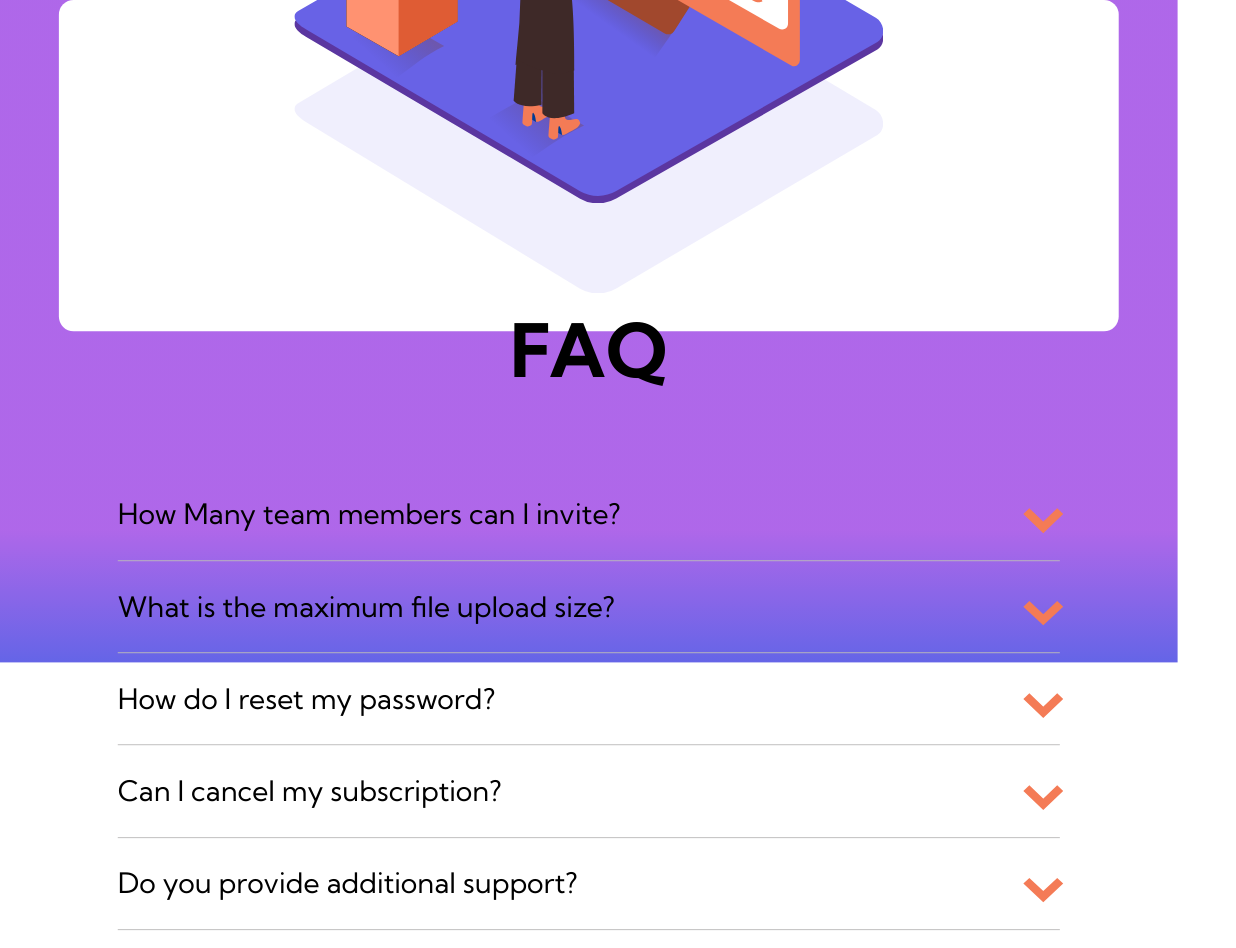
Repository: ryanwilll/ProjetoFAQ
Page: index.html
The author's editor kept a copy of each file at every save. The page is drawn from the files as they stood at one save, then again after the next save.
The browser window is 1280 px wide. The page is 1280 px wide, then 1344 px, so the pictures cover 1344 px, including what lies to the right of the window. The pictures show the whole page, at 92% of full size.

Above is the page before, as saved 2022-10-26 20:01:41.

### index.html
<!DOCTYPE html>
<html lang="pt-br">

<head>
  <meta charset="UTF-8">
  <meta name="viewport" content="width=device-width, initial-scale=1.0">
  <!-- displays site properly based on user's device -->
  <link rel="preconnect" href="https://fonts.googleapis.com">
  <link rel="preconnect" href="https://fonts.gstatic.com" crossorigin>
  <link rel="preconnect" href="https://fonts.googleapis.com">
  <link rel="preconnect" href="https://fonts.gstatic.com" crossorigin>
  <link href="https://fonts.googleapis.com/css2?family=Kumbh+Sans:wght@400;700&display=swap" rel="stylesheet">
  <link rel="icon" type="image/png" sizes="32x32" href="./images/favicon-32x32.png">
  <link rel="stylesheet" href="./css/style.css">
  <link rel="stylesheet" href="./css/allmedia.css">
  <title>Frontend Mentor | FAQ Accordion Card</title>

  <!-- Feel free to remove these styles or customise in your own stylesheet 👍 -->
</head>

<body>

  <main class="container">
    <div class="card-white">
      <div class="imgs">
        <img class="img-principal" src="./images/illustration-woman-online-mobile.svg" alt="Ilustração Mobile">
        <img class="sombra-img-principal" src="./images/bg-pattern-mobile.svg" alt="Sombreamento da Imagem">
      </div>
      <h1 class="FAQ">FAQ</h1>
      <div class="faq-menu">

        <div class="text">
          <button class="button-answer">
            <div class="question"> How Many team members can I invite?<img class="seta"
                src="./images/icon-arrow-down.svg" alt="Seta para baixo"></div>

          </button>
          <p class="answer"> You can invite up to 2 additional users on the Free plan. There is no limit on team
            members
            for the Premium
            plan.</p>
        </div>
        <div class="text">
          <button class="button-answer">
            <div class="question"> What is the maximum file upload size?<img class="seta"
                src="./images/icon-arrow-down.svg" alt="Seta para baixo"></div>

          </button>
          <p class="answer"> No more than 2GB. All files in your account must fit your allotted storage space.</p>
        </div>
        <div class="text">
          <button class="button-answer">
            <div class="question"> How do I reset my password?<img class="seta" src="./images/icon-arrow-down.svg"
                alt="Seta para baixo"></div>

          </button>
          <p class="answer"> Click “Forgot password” from the login page or “Change password” from your profile page.
            A reset link will be emailed to you.</p>
        </div>
        <div class="text">
          <button class="button-answer">
            <div class="question"> Can I cancel my subscription?<img class="seta" src="./images/icon-arrow-down.svg"
                alt="Seta para baixo"></div>

          </button>
          <p class="answer"> Yes! Send us a message and we’ll process your request no questions asked.</p>
        </div>
        <div class="text">
          <button class="button-answer">
            <div class="question"> Do you provide additional support?<img class="seta"
                src="./images/icon-arrow-down.svg" alt="Seta para baixo"></div>

          </button>
          <p class="answer"> You can invite up to 2 additional users on the Free plan. There is no limit on team
            members
            for the Premium
            plan.</p>
        </div>
      </div>

    </div>
  </main>
  <script src="./src/index.js"></script>
</body>

</html>

### css/style.css
@charset "UTF-8";

/*Versão Mobile First*/
* {
  font-family: "Kumbh Sans", sans-serif;
  margin: 0px;
  padding: 0px;
  box-sizing: border-box;
}

body {
  background: linear-gradient(hsl(273, 75%, 66%) 80%, hsl(240, 73%, 65%));
  background: linear-gradient(hsl(273, 75%, 66%) 80%, hsl(240, 73%, 65%));
  background-repeat: no-repeat;
  position: relative;
  height: 100vh;
  width: 100vw;
}

.card-white {
  background-color: white;
  width: 90vw;
  max-height: 100vh;
  margin: 10em auto;
  border-radius: 1em;
  padding-bottom: 5em;
}

.card-white .imgs {
  position: relative;
  width: 50vw;
  margin: auto;
  top: -5.5em;
  z-index: 1;
}

.card-white .imgs .sombra-img-principal {
  position: relative;
  width: 50vw;
  margin: auto;
  top: -4.5em;
  z-index: -1;
}
.card-white .FAQ {
  font-size: 2.5em;
  text-align: center;
  font-weight: 600;
  margin: -3em 0em 1em;
}

.card-white button {
  border-style: none;
  text-align: left;
  background-color: transparent;
  transition: color ease-in-out 0.2s;
  justify-content: space-between;
  width: 70%;
}
.card-white button img {
  position: relative;
  right: 4em;
  float: right;
  bottom: -0.4em;
}

.card-white button:hover {
  color: orange;
}

.card-white .faq-menu .text .question {
  width: 90vw;
  margin: 1em 0em;
}

.card-white .answer {
  visibility: hidden;
  height: 0;
  transition: height 0.5s ease;
}
.card-white .faq-menu .text {
  border-bottom: 1px solid rgb(187, 186, 186);
  width: 80vw;
  margin: auto;
}

.card-white .faq-menu .text.active .question {
  font-weight: bold;
}

.card-white .faq-menu .text.active .answer {
  visibility: visible;
  height: 2.4em;
  margin: 0.5em 0em;
  width: 75vw;
  font-size: 0.7em;
  margin-bottom: 2em;
  animation: fade 1s ease-in-out;
}

.card-white .faq-menu .text.active .seta {
  transform: rotate(180deg);
}
.seta {
  transition: transform 0.5s ease-in;
}

@keyframes fade {
  from {
    opacity: 0;
    transform: translateY(-10px);
  }
  to {
    opacity: 1;
    transform: translateY(0px);
  }
}

### css/allmedia.css
@media screen and (min-width: 600px) and (max-width: 768px) {
  body {
    background: linear-gradient(hsl(273, 75%, 66%) 80%, hsl(240, 73%, 65%));
    background: linear-gradient(hsl(273, 75%, 66%) 80%, hsl(240, 73%, 65%));
    background-repeat: no-repeat;
    position: relative;
    height: 100%;
    width: 100%;
  }
  .card-white {
    max-height: 100%;
    margin: 13em auto;
    border-radius: 1em;
    padding-bottom: 5em;
  }
  .card-white .imgs {
    top: -10.5em;
  }

  .card-white .imgs .sombra-img-principal {
    top: -7.5em;
  }
  .card-white .FAQ {
    font-size: 3.5em;
    margin: -5em 0em 1em;
  }
  .card-white button img {
    width: 1.5em;
    height: 1em;
  }
  .card-white .faq-menu .text .question {
    font-size: 2em;
  }
  .card-white .faq-menu .text.active .answer {
    font-size: 1.5em;
  }
}

@media screen and (min-width: 769px) and (max-width: 992px) {
  body {
    background: linear-gradient(hsl(273, 75%, 66%) 80%, hsl(240, 73%, 65%));
    background: linear-gradient(hsl(273, 75%, 66%) 80%, hsl(240, 73%, 65%));
    background-repeat: no-repeat;
    position: relative;
    height: 100%;
    width: 100%;
  }
  .card-white {
    max-height: 100%;
    margin: 15em auto;
    border-radius: 1em;
    padding-bottom: 5em;
  }
  .card-white .imgs {
    top: -13.5em;
  }

  .card-white .imgs .sombra-img-principal {
    top: -9.5em;
  }
  .card-white .FAQ {
    font-size: 4em;
    margin: -5em 0em 1em;
  }
  .card-white button img {
    width: 1.5em;
    height: 1em;
  }
  .card-white .faq-menu .text .question {
    font-size: 2em;
  }
  .card-white .faq-menu .text.active .answer {
    font-size: 1.5em;
  }
}

@media screen and (min-width: 993px) and (max-width: 1200px) {
  body {
    background: linear-gradient(hsl(273, 75%, 66%) 80%, hsl(240, 73%, 65%));
    background: linear-gradient(hsl(273, 75%, 66%) 80%, hsl(240, 73%, 65%));
    background-repeat: no-repeat;
    position: relative;
    height: 100%;
    width: 100%;
  }
  .card-white {
    max-height: 100%;
    margin: 15em auto;
    border-radius: 1em;
    padding-bottom: 5em;
  }
  .card-white .imgs {
    top: -16.5em;
  }

  .card-white .imgs .sombra-img-principal {
    top: -11.5em;
  }
  .card-white .FAQ {
    font-size: 5em;
    margin: -5.5em 0em 1em;
  }
  .card-white button img {
    width: 1.5em;
    height: 1em;
  }
  .card-white .faq-menu .text .question {
    font-size: 2.3em;
  }
  .card-white .faq-menu .text.active .answer {
    font-size: 1.7em;
  }
}

@media screen and (min-width: 1201px) {
  body {
    background: linear-gradient(hsl(273, 75%, 66%) 80%, hsl(240, 73%, 65%));
    background: linear-gradient(hsl(273, 75%, 66%) 80%, hsl(240, 73%, 65%));
    background-repeat: no-repeat;
    position: relative;
    height: 100vh;
    width: 100vw;
  }
  .card-white {
    max-height: 50vh;
    max-width: 90vw;

    margin: auto;
  }
  .card-white .imgs {
    top: -16.5em;
  }

  .card-white .imgs .sombra-img-principal {
    top: -11.5em;
  }
  .card-white .FAQ {
    font-size: 5em;
    margin: -5.5em 0em 1em;
  }
  .card-white button img {
    width: 1.5em;
    height: 1em;
  }
  .card-white .faq-menu .text .question {
    font-size: 2.3em;
  }
  .card-white .faq-menu .text.active .answer {
    font-size: 1.7em;
  }
}

### src/index.js
const faqs = document.querySelectorAll(".text");

faqs.forEach((faq) => {
  faq.addEventListener("click", () => {
    faq.classList.toggle("active");
  });
});

After the next save:
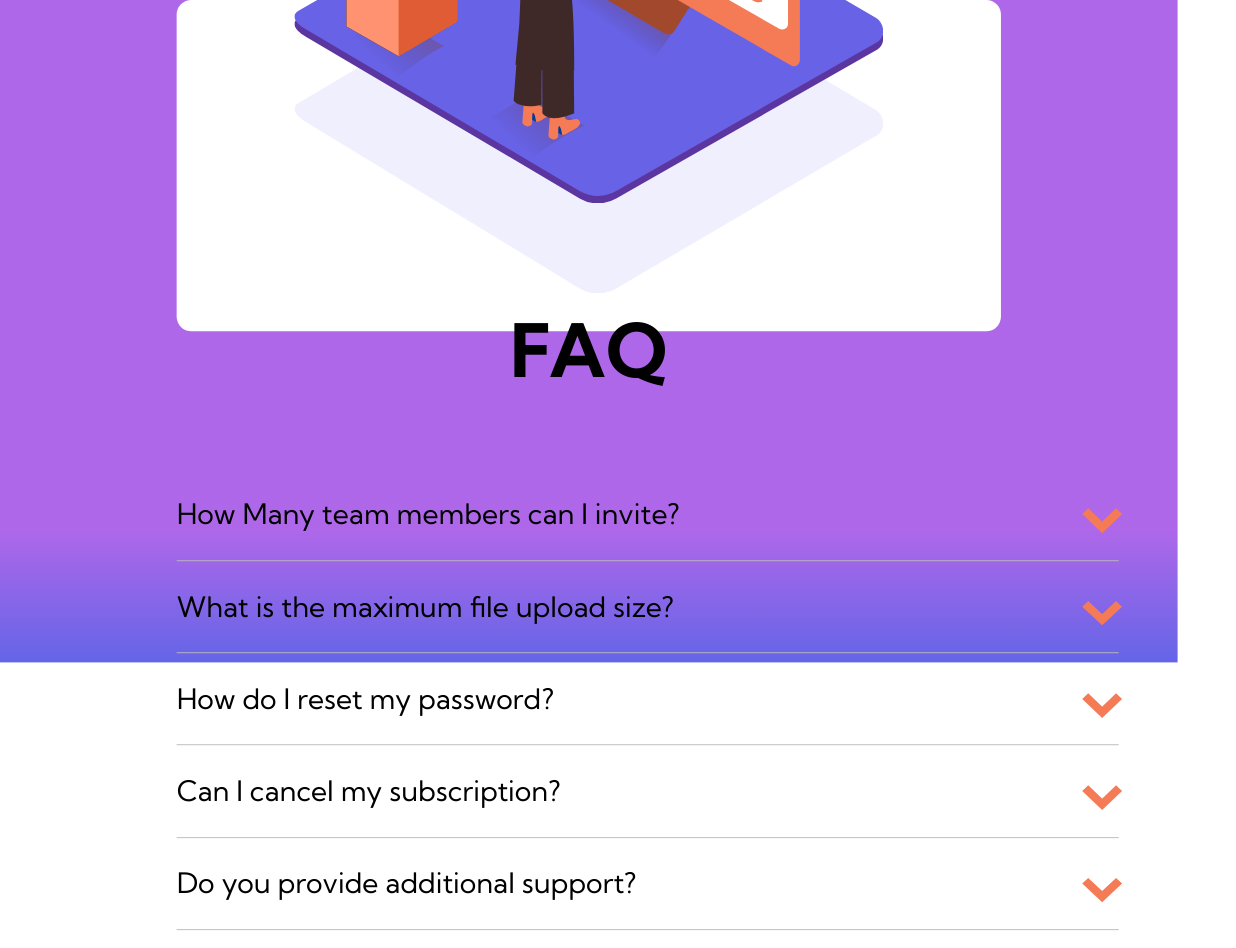
Saved 4 s later.
--- a/css/allmedia.css
+++ b/css/allmedia.css
@@ -123,7 +123,7 @@
   }
   .card-white {
     max-height: 50vh;
-    max-width: 90vw;
+    max-width: 70vw;
 
     margin: auto;
   }
